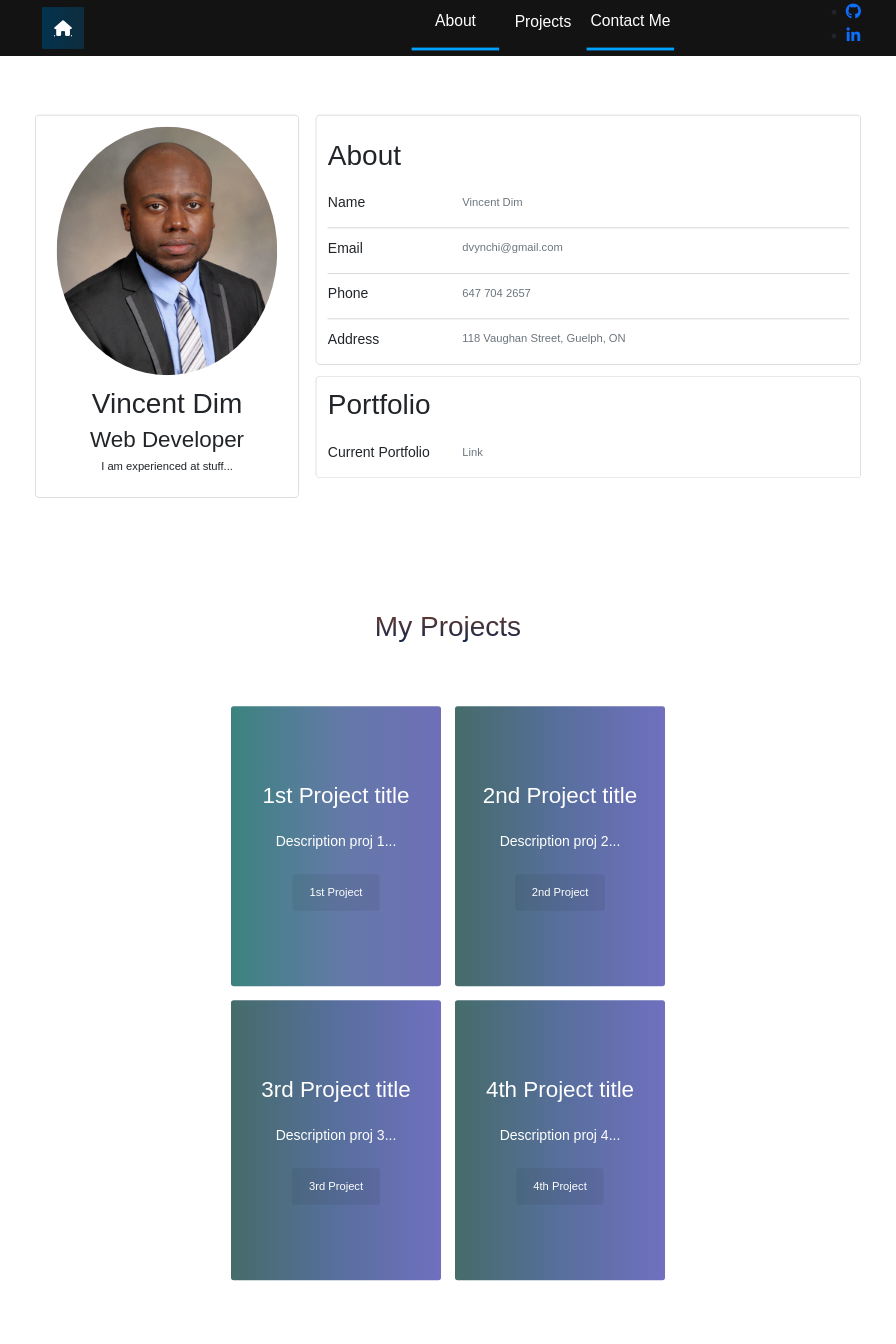
Repository: dvynchi/profile-2022
Page: index.html
These files come from the project's save history. The page is drawn as it stood at one moment and after the next save; the edit follows.
The browser window is 1280 px wide. The pictures show the part of the page from y = 0 to 1920 px (the page is 2631 px tall), at 70% of full size.
Some web libraries are served in a nearby version.

Above is the page before, as saved 2022-08-18 11:25:57.

### index.html
<!DOCTYPE html>
<html lang="en">
<head>
    <meta charset="UTF-8">
    <meta http-equiv="X-UA-Compatible" content="IE=edge">
    <meta name="viewport" content="width=device-width, initial-scale=1.0">
    <title>Vincent Dim</title>
    <!-- embed remote icon library -->
    <script src="https://kit.fontawesome.com/f634dfbd28.js" crossorigin="anonymous"></script>
    <link rel="stylesheet" href="styles.css">
    <!-- embed remote style sheet - bootstrap -->
    <link rel="stylesheet" href="https://cdn.jsdelivr.net/npm/bootstrap@5.2.0/dist/css/bootstrap.min.css" rel="stylesheet" integrity="sha384-gH2yIJqKdNHPEq0n4Mqa/HGKIhSkIHeL5AyhkYV8i59U5AR6csBvApHHNl/vI1Bx" crossorigin="anonymous">
</head>

<body>

    <!-- Navbar Section -->

    <nav class="nav">
        <div class="navbar_container">
            <a href="#about" id="navbar_logo"><i class="fa fa-home fa" aria-hidden="true"></i></a>  <!--<a> is used to create hyperlink named color-->

                <!--create hamburger menu (3 bars)-->
            <div class="navbar_toggle" id="mobile-menu">
                <span class="bar"></span>
                <span class="bar"></span>
                <span class="bar"></span>
            </div>

            <!--CREATE NAV MENU-->
            <ul class="navbar_menu">
                <li class="navbar_item">
                    <a href="#about" class="navbar_links" id="about-page">About</a>
                </li>
                <li class="navbar_item">
                    <a href="#projects" class="navbar_links" id="projects-page">Projects</a>
                </li>
                <li class="navbar_item">
                    <a href="#contact" class="navbar_links" id="contact-page">Contact Me</a>
                </li>
            </ul>

            <!-- GitHub and Linkedin -->
            <ul class="icons">
                <li><a href="https://github.com/dvynchi/" class="github-icon"><span class="fa-brands fa-github"></span></a></li>
                <li><a href="#" class="linkedin-icon"><span class="fa-brands fa-linkedin-in"></span></a></li>
            </ul>
        </div>
    </nav>

    <!-- ABOUT and SIDEBAR -->
    <div class="main" id="about">
        <div class="main_container">
             <!-- SIDE BAR SECTION -->
             <div class="row">
                <div class="col-md-4 mt-1">
                    <div class="card text-center sidebar">
                        <div class="card-body">
                            <img src="/images/profile-pic-crop.png" class="rounded-circle" width="315" alt="profile picture">
                            <div class="mt-3"><h3>Vincent Dim</h3>
                                <h2>Web Developer</h2>
                                <p>I am experienced at stuff...</p>
                            </div>
                        </div>
                    </div>
                </div>
                <!-- ABOUT SECTION -->
                <div class="col-md-8 mt-1">
                    <div class="card mb-3 content">
                        <h1 class="m-3 pt-3">About</h1>
                        <div class="card-body">
                            <div class="row">
                                <div class="col-md-3"><h5>Name</h5></div>
                                <div class="col-md-9 text-secondary"> Vincent Dim </div>
                            </div>
                            <hr> <!-- line break -->

                            <div class="row">
                                <div class="col-md-3"><h5>Email</h5></div>
                                <div class="col-md-9 text-secondary"> dvynchi@gmail.com</div>
                            </div>
                            <hr> <!-- line break -->

                            <div class="row">
                                <div class="col-md-3"><h5>Phone</h5></div>
                                <div class="col-md-9 text-secondary">647 704 2657</div>
                            </div>
                            <hr> <!-- line break -->

                            <div class="row">
                                <div class="col-md-3"><h5>Address</h5></div>
                                <div class="col-md-9 text-secondary">118 Vaughan Street, Guelph, ON</div>
                            </div>
                        </div>
                    </div>

                    <div class="card mb-3 content">
                        <h1 class="m-3">Portfolio</h1>
                        <div class="card-body">
                            <div class="row">
                                <div class="col-md-3">
                                    <h5>Current Portfolio</h5>
                                </div>
                                <div class="col-md-9 text-secondary">Link</div>
                            </div>
                        </div>
                    </div>
                </div>
            </div>
        </div>
    </div>


    <!-- PROJECTS SECTION (use image tag in place of p to insert an image)-->

    <div class="projects" id="projects">
        <h1>My Projects</h1>
        <div class="projects_wrapper">
            <div class="projects_card">
                <h2>1st Project title</h2>
                <p>Description proj 1...</p>
                <div class="projects_btn"><button>1st Project</button></div>
            </div>
            <!-- ------------------------- -->
            <div class="projects_card">
                <h2>2nd Project title</h2>
                <p>Description proj 2...</p>
                <div class="projects_btn"><button>2nd Project</button></div>
            </div>
            <!-- ------------------------- -->
            <div class="projects_card">
                <h2>3rd Project title</h2>
                <p>Description proj 3...</p>
                <div class="projects_btn"><button>3rd Project</button></div>
            </div>
            <!-- ------------------------- -->
            <div class="projects_card">
                <h2>4th Project title</h2>
                <p>Description proj 4...</p>
                <div class="projects_btn"><button>4th Project</button></div>
            </div>
        </div>
    </div>

    <!-- CONTACT SECTION (use image tag in place of p to insert an image)-->

    <div class="main" id="contact">
        <div class="main_container">
            <div class="main_content">
                <div class="container mt-5">
                    <h1>Contact Me</h1>
                    <!-- ----------- start grid (divide one row into cols) ----------->
                    <!-- ----------- Max container width is 12 ----------->
                    <!-- ----------- cols 1 + 2 = 100% , cols 3 + 4 = 100% ------->
                    <!-- ----------- 'required' ensures field must be filled --------->
                    <form class="row g-3" action="https://formsubmit.co/dvynchi@gmail.com" method="POST">

                        <!-- Honeypot -->
                        <input type="text" name="_honey" style="display: none">
                        <!-- Success Page -->
                        <input type="hidden" name="_next" value="https://dvynchi.github.io/profile-2022/success.html">

                        <!-----------col1--medium column of 50% (ie: 6/12)--------->
                        <div class="col-md-6">
                            <label for="firstName" class="form-label">First Name</label>
                            <input type="text" class="form-control"  name="name" id="firstName" required>
                        </div>
                        <!---------------------col2 (ie: 6/12) ------------------------------>
                        <div class="col-md-6">
                            <label for="lastName" class="form-label">Last Name</label>
                            <input type="text" class="form-control" name="Last Name" id="lastName" required>
                        </div>
                        <!-- ---------------------- col3 wider (8/12) ----------------->
                        <div class="col-md-8">
                            <label for="emailInfo" class="form-label">Email</label>
                            <input type="email" class="form-control" name="email" id="emailInfo" required>
                        </div>
                        <!-- ---------------------- col4 wider (4/12) ----------------->
                        <div class="col-md-4">
                            <label for="phoneNumber" class="form-label">Phone</label>
                            <input type="text" class="form-control" name="phone" id="phoneNumber" placeholder="+1 (519) 123-4567">
                        </div>
                        <!-- -------- comments box is full width of the container ------>
                        <div class="col-md-12">
                            <label for="message" class="form-label">Message</label>
                            <textarea class="form-control" id="message" name="message" rows="3" required></textarea>
                        </div>
                        <!-- -------- Button ------>
                        <div class="col-md-12">
                            <!-- <button class="submit" id="btn btn-primary">Submit</button> -->
                            <!-- Had to use <a> so hover effect won't cover text. BUT THE FORM DOESN'T CLEAR-->
                            <button class="submit" id="btn btn-primary"><a> Submit</a></button>
                        </div>

                    </form>
                </div>
            </div>
        </div>
    </div>


    <!-- link app.js -->
    <!-- script tag is used to embed javascript-->
    <script src="app.js"></script>
</body>
</html>

### styles.css
* {
    box-sizing: border-box;
    margin: 0;
    padding: 0;
    font-family: 'Kumbh Sans', sans-serif;
    scroll-behavior: smooth;
}


/******************************************* NAV SECTION ***********************************************/
.nav {
    background: #131313;   /* Hex code */
    height: 80px;
    display: flex;
    justify-content: center;
    align-items: center;
    font-size: 1.4rem;        /* 1.4 * 16px */
    position: sticky;
    top: 0;
    z-index: 999;             /* so navbar is always on top when scrolling */
}

.navbar_container {
    display: flex;
    justify-content: space-between;
    text-align: center;
    height: 80px;
    z-index: 1;
    width: 100%;
    max-width: 1300px;
    margin: 0 auto ;           /* (top and bottom) (left and right) */
    padding: 0 50px;
}


/* id(#) is used to style only one element on the webpage */
/* class(.) is used to style multiple elements */


/* I added an icon as opposed to text */

#navbar_logo {
    margin: 10px;
    height: 60px;
    width: 60px;
    border-radius: 2px;
    display: flex;
    flex-direction: column;
    justify-content: center;
    color: #fff;
    background-image: linear-gradient(to right, #03324e 0%, #0e2d3e 100%);
}

.navbar_menu {
    display: flex;
    align-items: center;
    list-style: none;
}

.navbar_item {
    height: 80px;
}

.navbar_links {
    color: #fff;
    display: flex;
    align-items: center;
    justify-content: center;
    width: 125px;
    text-decoration: none;
    height: 100%;
    transition: all 0.3s ease;
}

/*Home icon properties*/
.navbar_btn {
    display: flex;
    justify-content: center;
    align-items: center;
    padding: 0 1rem;                         /* top bottom, left right */
    width: 100%;
}

/* nav links glow upon hover */
.navbar_links:hover {
    color:#1176b9;
    transition: all 0.3s ease;
}

/* RESPONSIVENESS */
/* site adjusts width of display */
/* If [device width] is less than or equal to max-width do {..} */

@media screen and (max-width: 960px) {
    .navbar_container {
        display: flex;
        justify-content: space-between;
        height: 80px;
        z-index: 1;
        width: 100%;
        max-width: 1300px;
        padding: 0;
    }

    /* DROPDOWN PROPERTIES */
    .navbar_menu {
        display: grid;
        grid-template-columns: auto;
        margin: 0;
        width: 100%;
        position: absolute;
        top: -1000px;               /* Prevents navbar from clustering together if page is below max-width. Must be used with position absolute */
        opacity: 1;
        transition: all 0.5s ease;
        z-index: -1;
    }

    .navbar_menu.active {
        background: #131313;
        top: 100%;
        opacity: 1;
        transition: all 0.5s ease;
        z-index: 99;
        height: 40vh;
        font-size: 1.6rem;
    }

    #navbar_logo {
        padding-left: 1px;       /* original padding was 25px */
    }

    /* HAMBURGER SECTION */

    .navbar_toggle .bar {
        width: 25px;
        height: 3px;
        margin: 5px auto;
        transition: all 0.3s ease-in-out;
        background: #fff;
    }

    .navbar_item {
        width: 100%;
    }

    .navbar_links {
        text-align: center;
        padding: 2rem;
        width: 100%;
        display: table;
    }

    .navbar_btn  {
        padding-bottom: 2rem;
    }

    /* HAMBURGER */

    #mobile-menu  {
        position: absolute;
        top: 20%;
        right: 5%;
        transform: translate(5%, 20%);
    }

    .navbar_toggle .bar {
        display: block;
        cursor: pointer;
    }

    /* hamburger menu animation (see app.js) */
    /* hamburger menu id was defined as 'mobile-menu' in index.html */
    /* rotate bars 1,3; but hide bar 2 */

    #mobile-menu.is-active .bar:nth-child(2)  {
        opacity: 0;
    }
    #mobile-menu.is-active .bar:nth-child(1) {
        transform: translateY(8px) rotate(45deg);
    }
    #mobile-menu.is-active .bar:nth-child(3) {
        transform: translateY(-8px) rotate(-45deg);
    }

}


/* SCROLL ATTRIBUTE - line under nav links*/
.highlight {
    border-bottom: 4px solid rgb(0, 162, 255);
}

/******************************************* ABOUT SECTION ***********************************************/

.main {
    background-color:  white;
    padding: 5rem 0;                        /* was 10rem, but too much space */
}

.main_container {
    display: grid;
    grid-template-columns: 1fr;      /*original was 1fr 1fr - split into two halves but not enough space */
    align-items: center;
    justify-content: center;
    margin: 0 auto;
    height: 90%;
    z-index: 1;
    width: 100%;
    max-width: 1300px;
    padding: 0 50px;
}

.main_container h3 {
    font-size: 2.5rem;
}

/* .sidebar a {
    background-color: #131313;
    color: white;
    height: 100%;
} */

.col-md-4 mt-1 {
    background-color: #131313;
    height: 100%;
}

/* Mobile Responsiveness for About and Contact Section */

@media screen and (max-width: 1100px) {
    main_container
    {
        display: grid;
        grid-template-columns: 1fr;
        align-items: center;
        justify-content: center;
        width: 100%;
        margin: 0 auto;
        height: 90%;
    }

    .main_content  {
        text-align: center;
        margin-bottom: 4rem;
    }

    .main_content h1  {
        font-size: 2.5rem;
        margin-top: 2rem;
    }

    .main_content h2  {
        font-size: 2.5rem;
    }

    .main_content p  {
        font-size: 1rem;
        margin-top: 1.5rem;
    }
}


/******************************************* PROJECTS SECTION ***********************************************/

.projects {
    background: white;
    display: flex;
    flex-direction: column;
    justify-content: center;
    align-items: center;
    height: 100%;
    padding: 5rem 0;                                 /* was 10rem, but too much space */
  }

.projects h1 {
    background-color: #6325a1;
    background-image: linear-gradient(to top, #10234c 0%, #724030 100%);
    background-size: 100%;
    -webkit-background-clip: text;
    -moz-background-clip: text;
    -webkit-text-fill-color: transparent;
    -moz-text-fill-color: transparent;
    margin-bottom: 5rem;
    font-size: 2.5rem;
}

.projects_wrapper {
    display: grid;
    grid-template-columns: 1fr 1fr 1fr 1fr;     /* add more per new project */
    grid-template-rows: 1fr;
}

/* Add color to each project card */

.projects_card {
    margin: 10px;
    height: 400px;
    width: 300px;
    border-radius: 4px;
    display: flex;
    flex-direction: column;
    justify-content: center;
    color: #fff;
    background-image: linear-gradient(to right,#3b837e, #627aa6, #6f6fb9);
    transition: 0.3s ease-in;
}

.projects_card:nth-child(2) {
    background: #7F7FD5;  /* fallback for old browsers */
    background: -webkit-linear-gradient(to right, #3b837e, #627aa6, #6f6fb9);  /* Chrome 10-25, Safari 5.1-6 */
    background: linear-gradient(to right, #456c69, #576f9c, #7070bf);
}

.projects_card:nth-child(3) {
    background: #7F7FD5;  /* fallback for old browsers */
    background: -webkit-linear-gradient(to right, #3b837e, #627aa6, #6f6fb9);  /* Chrome 10-25, Safari 5.1-6 */
    background: linear-gradient(to right, #456c69, #576f9c, #7070bf);
}

.projects_card:nth-child(4) {
    background: #7F7FD5;
    background: -webkit-linear-gradient(to right, #3b837e, #627aa6, #6f6fb9);
    background: linear-gradient(to right, #456c69, #576f9c, #7070bf);
}

.projects_card:nth-child(5) {
    background: #7F7FD5;
    background: -webkit-linear-gradient(to right, #3b837e, #627aa6, #6f6fb9);
    background: linear-gradient(to right, #456c69, #576f9c, #7070bf);
}

.projects_card:nth-child(6) {
    background: #7F7FD5;
    background: -webkit-linear-gradient(to right, #3b837e, #627aa6, #6f6fb9);
    background: linear-gradient(to right, #456c69, #576f9c, #7070bf);
}

.projects_card h2 {
    text-align: center;
}

.projects_card h3 {
    text-align: center;
}

.projects_card p {
    text-align: center;
    margin-top: 24px;
    font-size: 20px;
}

.projects_btn {
    display: flex;
    justify-content: center;
    margin-top: 16px;
}

/* button properties and animation. The entire card is the button */

.projects_card button {
    color: #fff;
    padding: 14px 24px;
    border: none;
    outline: none;
    border-radius: 4px;
    background: #13131313;
    font-size: 1rem;
}

.projects_card button:hover {
    cursor: pointer;
}

.projects_card:hover {
    transform: scale(1.075);
    transition: 0.3s ease-in;
    cursor: pointer;
}

/* split cards into grid at specified browser width */

@media screen and (max-width: 1300px) {
    .projects_wrapper {
        grid-template-columns: 1fr 1fr;
    }
}

@media screen and (max-width: 768px) {
    .projects_wrapper {
        grid-template-columns: 1fr;
    }
}

/******************************************* CONTACT SECTION ***********************************************/


.main_content {
    text-align: center;
    margin-bottom: 4rem;
}

.main_content h1 {
    font-size: 2.5rem;
    margin-top: 2rem;
}

.main_content h2 {
    font-size: 2.5rem;
}

.main_content p {
    font-size: 1rem;
    margin-top: 1.5rem;
}


.submit {
    font-size: 1.5rem;
    background: #7F7FD5;
    background: -webkit-linear-gradient(to right, #3b837e, #627aa6, #6f6fb9);
    background: linear-gradient(to right, #456c69, #576f9c, #7070bf);
    padding: 5px 15px;
    border: none;
    outline: none;
    border-radius: 4px;
    margin-top: 2rem;
    cursor: pointer;
    position: relative;
    color: rgb(234, 216, 216);
    transition: all 0.3s ease;
    outline: none;
}

.submit a {
    position: relative;
    z-index: 2;
    color: #fff;
    text-decoration: none;
}

/* hover effect for button */
.submit::after {
    position: absolute;
    content: '';
    top: 0;
    left: 0;
    width: 0;
    height: 100%;
    background: #740274;
    transition: all 0.35s;
    border-radius: 4px;
}

.submit:hover {
    color: rgb(255, 255, 255);
}

.submit:hover:after {
    width: 100%;
}

### app.js
const ham = document.querySelector('#mobile-menu');
const hamLinks = document.querySelector('.navbar_menu');
// const navLogo = document.querySelector('#navbar_logo')

/* display mobile menu using arrow function */
/* toggle the "is-active" class made in css */

const mobileMenu = () =>
{
    ham.classList.toggle('is-active');
    hamLinks.classList.toggle('active');
};

/* Run hamMenu function upon click */
ham.addEventListener('click', mobileMenu);




/************************************* Unnecessary ****************************************************** */


/* Show active menu when scrolling - Auto switch navbar when scrolling */

const highlightMenu = () =>
{
    const elem = document.querySelector('.highlight')
    const homeMenu = document.querySelector('#about-page')
    const aboutMenu = document.querySelector('#projects-page')
    const contactMenu = document.querySelector('#contact-page')

    let scrollPos = window.scrollY

      //   Add highlights class to menu items [desktop view only i.e 960px]
      //   Every 600px while scrolling, the tabs auto switch to the corresponding page
    if (window.innerWidth > 960 && scrollPos < 600)
    {
        homeMenu.classList.add('highlight')
        aboutMenu.classList.remove('highlight')
        return;
    }
    else if (window.innerWidth > 960 && scrollPos < 1400)
    {
        aboutMenu.classList.add('highlight')
        homeMenu.classList.remove('highlight')
        contactMenu.classList.remove('highlight')
        return;
    }
    else if (window.innerWidth > 960 && scrollPos < 2345)
    {
        contactMenu.classList.add('highlight')
        aboutMenu.classList.remove('highlight')
        return;
    }

    if ((elem && window.innerWidth < 960 && scrollPos < 600) || elem)
    {
        elem.classList.remove('highlight')
    }

}

// call highlightMenu
window.addEventListener('scroll', highlightMenu);
window.addEventListener('click', highlightMenu);

After the next save:
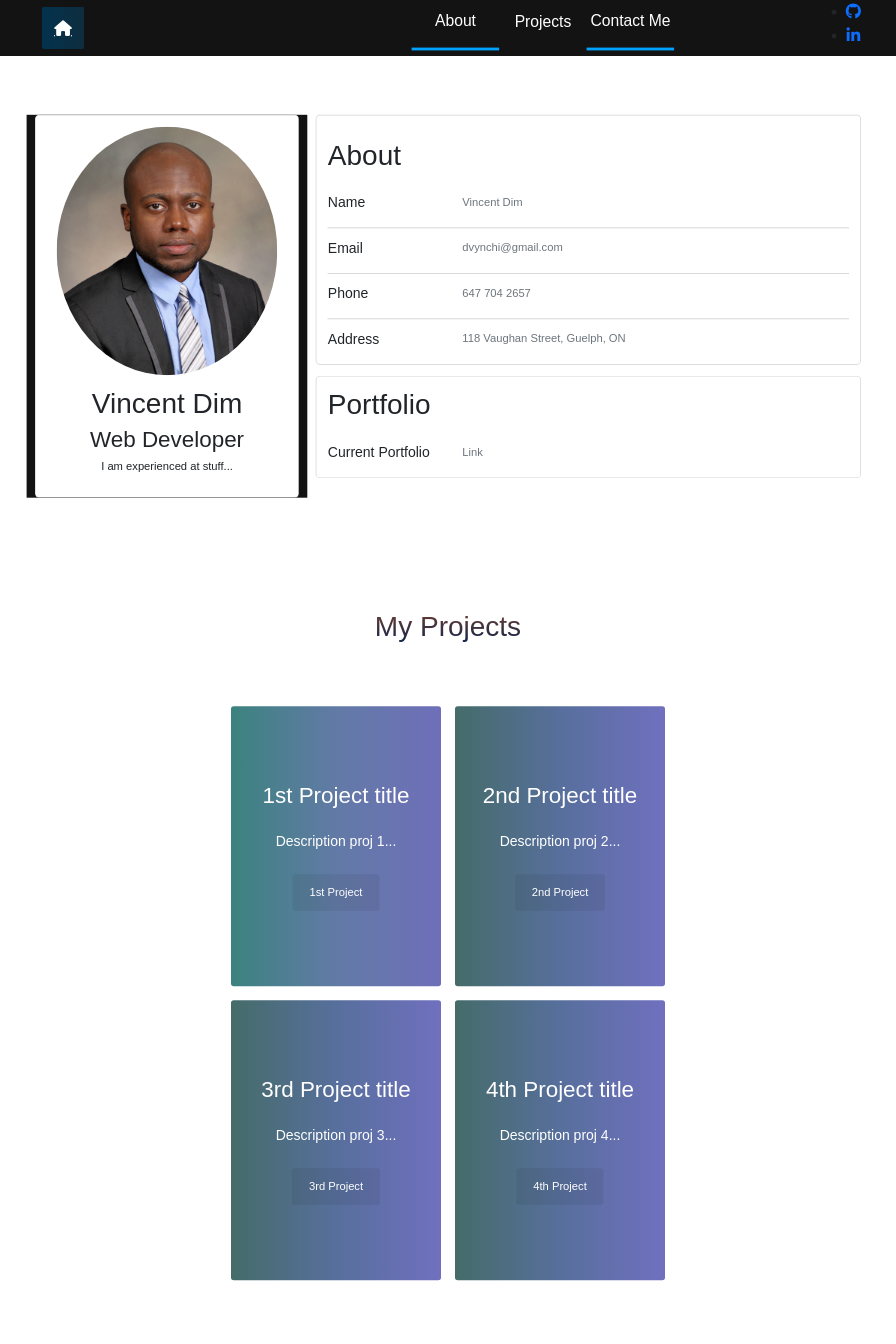
Saved 5 s later.
--- a/styles.css
+++ b/styles.css
@@ -220,7 +220,7 @@
     height: 100%;
 } */
 
-.col-md-4 mt-1 {
+.col-md-4 {
     background-color: #131313;
     height: 100%;
 }
